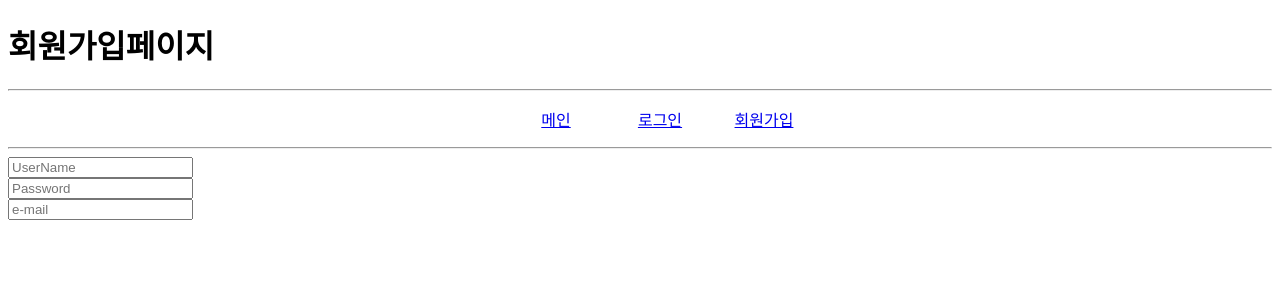
Repository: sunandjun/jspwork
Page: http://localhost/cos/join.jsp
The author's editor kept a copy of each file at every save. The page is drawn from the files as they stood at one save, then again after the next save.
The browser window is 1280 px wide. The pictures show the whole page.
The page is served by Tomcat 9. Other server files are loaded and not shown.

Above is the page before, as saved 2020-08-22 02:50:29.

### cos/WebContent/join.jsp
<%@ page language="java" contentType="text/html; charset=UTF-8"
    pageEncoding="UTF-8"%>
<!DOCTYPE html>
<html>
<head>
<meta charset="UTF-8">
<title>회원가입페이지</title>
<style type="text/css">
	ul {
		text-align: center;
	}

	li {
		display: inline-block;
		width: 100px;
	}

</style>
</head>
<body>
<h1>회원가입페이지</h1>
<hr/>
<ul>
	<li><a href="main.jsp">메인</a></li>
	<li><a href="login.jsp">로그인</a></li>
	<li><a href="join.jsp">회원가입</a></li>
</ul>
<hr/>

<!-- form 테그는 데이터를 전송하기 위한 박스 -->
<form action="">
	<input type="text" name="username" placeholder="UserName"/><br/>
	<input type="password" name="password" placeholder="Password"/><br/>
	<input type="email" name="email" placeholder="e-mail"/><br/>
</form>


</body>
</html>

After the next save:
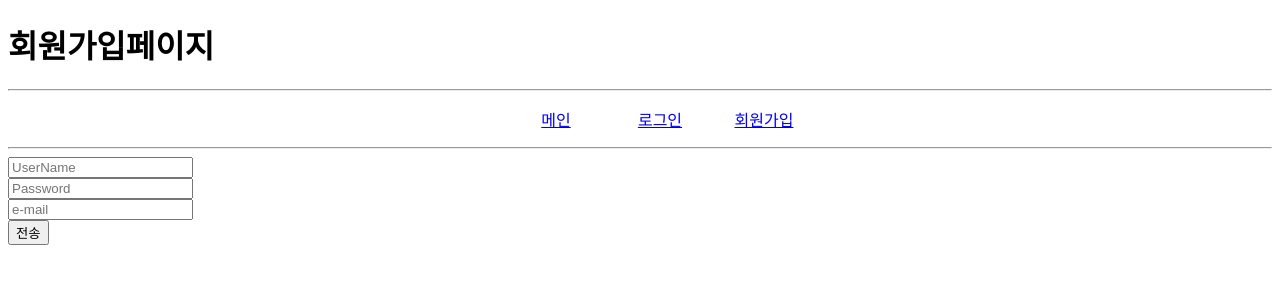
Saved 48 s later.
--- a/cos/WebContent/join.jsp
+++ b/cos/WebContent/join.jsp
@@ -32,6 +32,7 @@
 	<input type="text" name="username" placeholder="UserName"/><br/>
 	<input type="password" name="password" placeholder="Password"/><br/>
 	<input type="email" name="email" placeholder="e-mail"/><br/>
+	<button>전송</button>
 </form>
 
 
